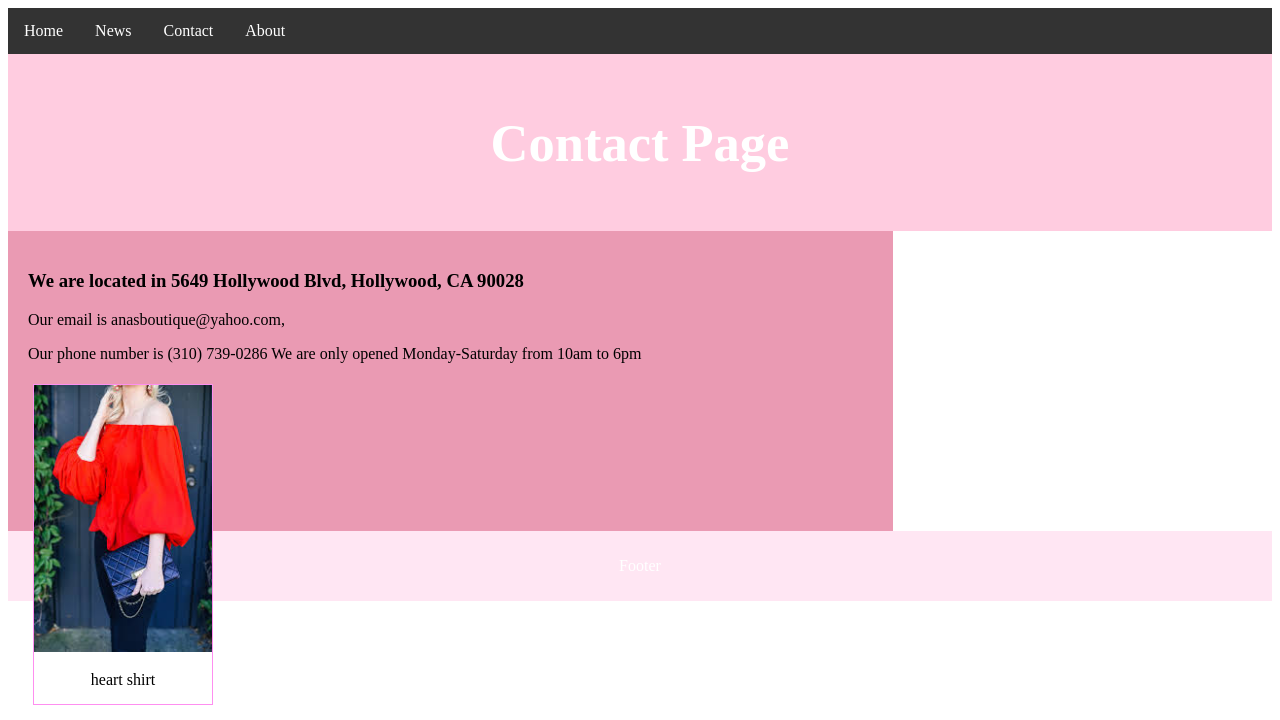
Repository: anavaldovinos/anavaldovinos.github.io
Page: project/contact.html
The author's editor kept a record of every edit. The page is drawn from the files as they stood at one moment, then again after the next edit.
The browser window is 1280 px wide. The pictures show the whole page.

Above is the page before.

### project/contact.html
<!DOCTYPE html>
<html lang="en">
<head>
<title>Contact Page</title>
<meta charset="utf-8">
<meta name="viewport" content="width=device-width, initial-scale=1">
<style>
* {
  box-sizing: border-box;
}



body {
  font-family:  font-family: Times New RomanT;T;
}
/* Start of gallery */

div.gallery {
  margin: 5px;
  border: 1px solid #FE8FF0;
  float: left;
  width: 180px;
}

div.gallery:hover {
  border: 1px solid #D48CCC;
}

div.gallery img {
  width: 100%;
  height: auto;
}

div.desc {
  padding: 15px;
  text-align: center;
}
/* end of gallery */



/* Style the header */
header {
  background-color: #ffcce0;
  padding: 15px;
  text-align: center;
  font-size: 35px;
  color: white;

}
/* nav bar */
ul {
  list-style-type: none;
  margin: 0;
  padding: 0;
  overflow: hidden;
  background-color: #333;
}

li {
  float: left;
}

li a {
  display: block;
  color: white;
  text-align: center;
  padding: 14px 16px;
  text-decoration: none;
}

li a:hover {
  background-color:#EE6C94;
}
/* end of nav bar */


article {
  float: left;
  padding: 20px;
  width: 70%;
  background-color: #EA9AB3;
  height: 300px; /* only for demonstration, should be removed */
}

/* Clear floats after the columns */
section:after {
  content: "";
  display: table;
  clear: both;
}

/* Style the footer */
footer {
  background-color:#ffe6f3;
  padding: 10px;
  text-align: center;
  color: white;
}

/* Responsive layout - makes the two columns/boxes stack on top of each other instead of next to each other, on small screens */
@media (max-width: 600px) {
  nav, article {
    width: 100%;
    height: auto;
  }
}
</style>
</head>
<body>

  <ul>
  <li><a class="active" href="home.html">Home</a></li>
  <li><a href="news.html">News</a></li>
  <li><a href="contact.html">Contact</a></li>
  <li><a href="about.html">About</a></li>
</ul>

<header>
  <h2>Contact Page</h2>

</header>

<section>


  <article>
    <h1>We are located in 5649 Hollywood Blvd, Hollywood, CA 90028
   </h1>
    <p> Our email is anasboutique@yahoo.com,</p>
    <p>Our phone number is (310) 739-0286


    We are only opened Monday-Saturday from 10am to 6pm</p>
    <div class="gallery">



    <img src="shirt.jpg" width="600" height="400">
  <div class="desc">heart shirt</div>
</div>

  </article>



</section>

<footer>
  <p>Footer</p>
</footer>

</body>
</html>

After the next edit:
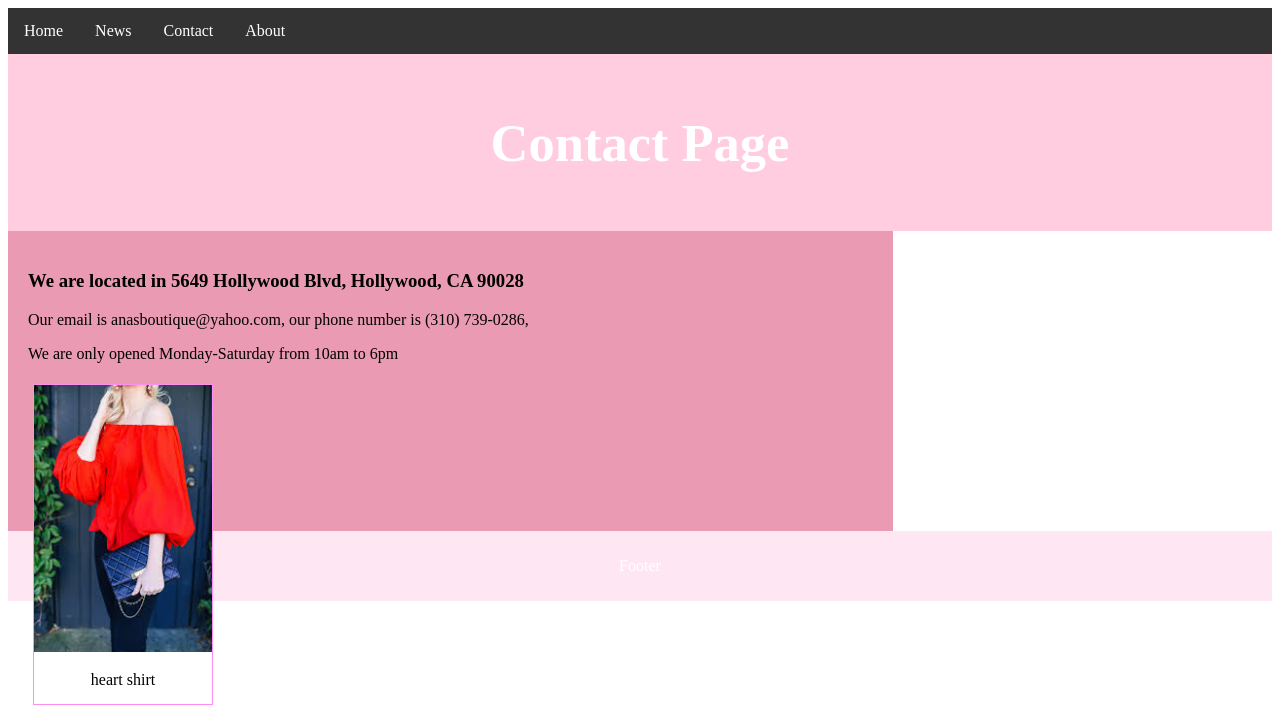
The edit:
--- a/project/contact.html
+++ b/project/contact.html
@@ -128,8 +128,8 @@
   <article>
     <h1>We are located in 5649 Hollywood Blvd, Hollywood, CA 90028
    </h1>
-    <p> Our email is anasboutique@yahoo.com,</p>
-    <p>Our phone number is (310) 739-0286
+    <p> Our email is anasboutique@yahoo.com, our phone number is (310) 739-0286,</p>
+    <p>
 
 
     We are only opened Monday-Saturday from 10am to 6pm</p>
